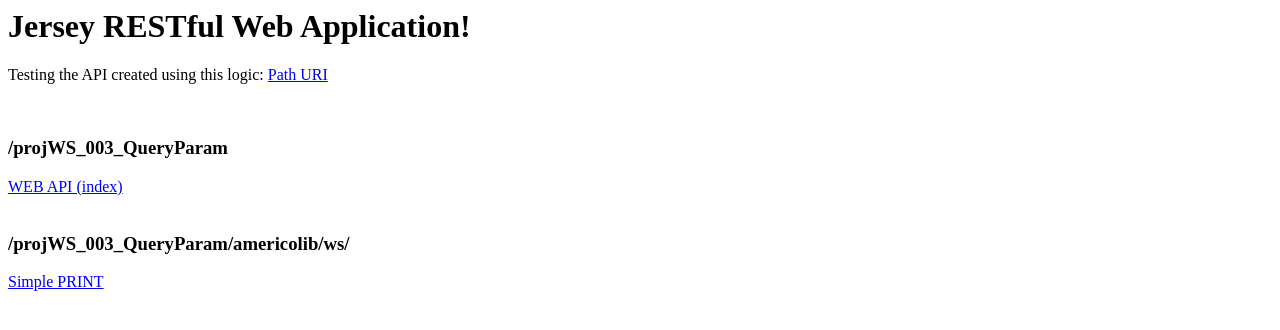
Repository: atafs/BackEnd_JAX-RS_REST_2continue
Page: http://localhost/projWS_002_Path/
The author's editor kept a copy of each file at every save. The page is drawn from the files as they stood at one save, then again after the next save.
The browser window is 1280 px wide. The pictures show the whole page.
The page is served by Tomcat 9. Other server files are loaded and not shown.

Above is the page before, as saved 2016-05-02 10:39:54.

### projWS_002_Path/src/main/webapp/index.jsp
<html>
<body>
    <!-- TITLE -->
	<h1>Jersey RESTful Web Application!</h1>


	<!-- TXT -->
	<p>Testing the API created using this logic:
		<a href="http://www.mkyong.com/webservices/jax-rs/jax-rs-path-uri-matching-example/">Path URI</a>
	</p><br/>

	<!-- LINKS -->
	<h3>/projWS_003_QueryParam</h3>
	<a href="http://localhost:8085/projWS_002_Path/">WEB API (index)</a><br/><br/>

	<h3>/projWS_003_QueryParam/americolib/ws/</h3>
	<a href="http://localhost:8085/projWS_002_Path/americolib/ws/">Simple PRINT</a><br/><br/>

</body>
</html>

After the next save:
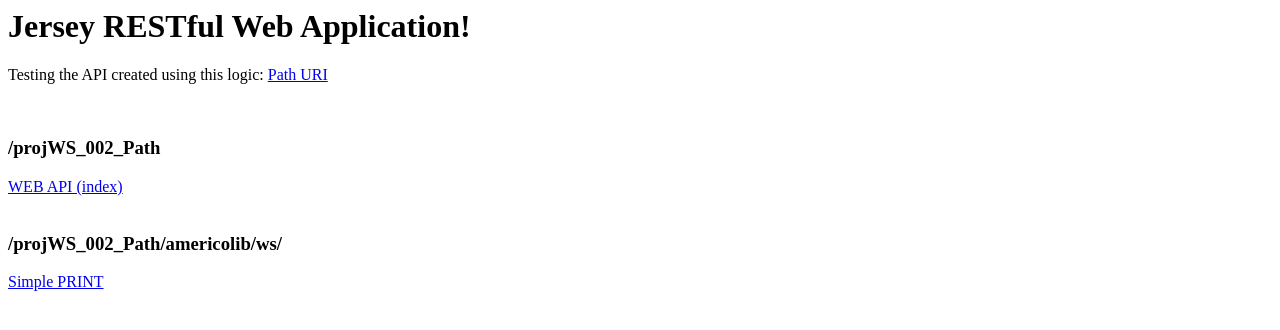
Saved 14 s later.
--- a/projWS_002_Path/src/main/webapp/index.jsp
+++ b/projWS_002_Path/src/main/webapp/index.jsp
@@ -10,10 +10,10 @@
 	</p><br/>
 
 	<!-- LINKS -->
-	<h3>/projWS_003_QueryParam</h3>
+	<h3>/projWS_002_Path</h3>
 	<a href="http://localhost:8085/projWS_002_Path/">WEB API (index)</a><br/><br/>
 
-	<h3>/projWS_003_QueryParam/americolib/ws/</h3>
+	<h3>/projWS_002_Path/americolib/ws/</h3>
 	<a href="http://localhost:8085/projWS_002_Path/americolib/ws/">Simple PRINT</a><br/><br/>
 
 </body>
